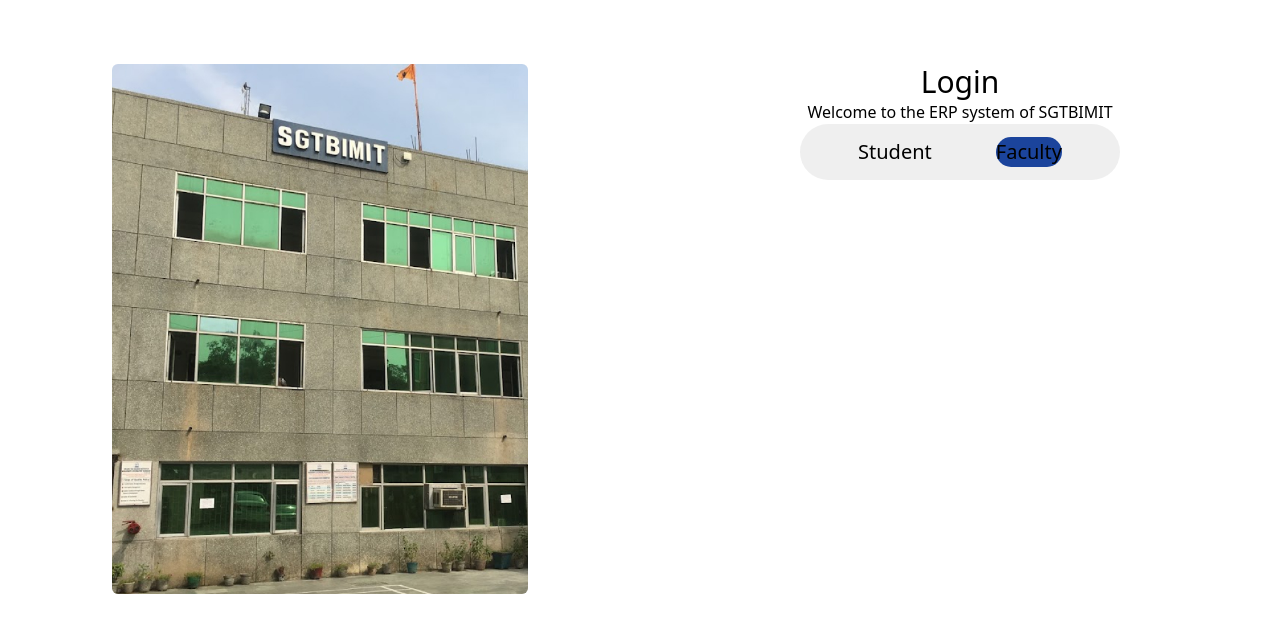
Repository: SehajBindra/SGTBIMIT-ERP-Client
Page: /StudentLogin
An editor plug-in stored every save of this project. The page is shown before and after the next save, followed by the edit.
The browser window is 1280 px wide. The pictures show the whole page.
The project was rebuilt for these pictures with package versions that can differ from the ones it lists, and the page was loaded fresh each time. Also part of the build but not shown: src/LOGIN/Login.js, src/LOGIN/FACULTY/FacultyLogin.js, src/STUDENT_PAGE/StuBody.js, src/STUDENT_PAGE/StuSidebar.js, src/STUDENT_PAGE/StuHeader.js, src/STUDENT_PAGE/StudentHome.js, src/FACULTY_PAGE/FacBody.js, src/FACULTY_PAGE/FacHeader.js and 2 more.

Above is the page before, as saved 2023-05-14 15:45:22.

After the next save:
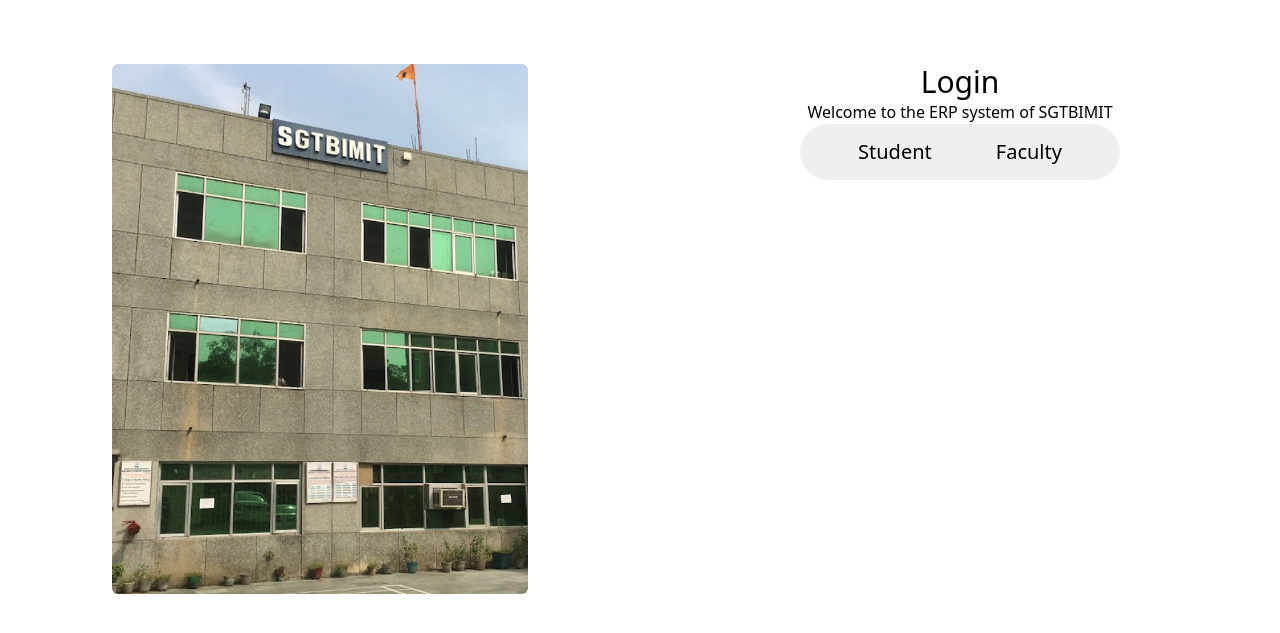
Saved 28 s later.
--- a/src/LOGIN/STUDENT/StudentLogin.js
+++ b/src/LOGIN/STUDENT/StudentLogin.js
@@ -34,7 +34,7 @@
             1B449C] bg-[#EEEE] max-w-xs  space-x-16 capitalize text-[20px] rounded-[32px]"
         >
           <p>student</p>
-          <p className="bg-[#1B449C] rounded-[32px]">faculty</p>
+          <p className="">faculty</p>
         </div>
       </div>
     </div>
